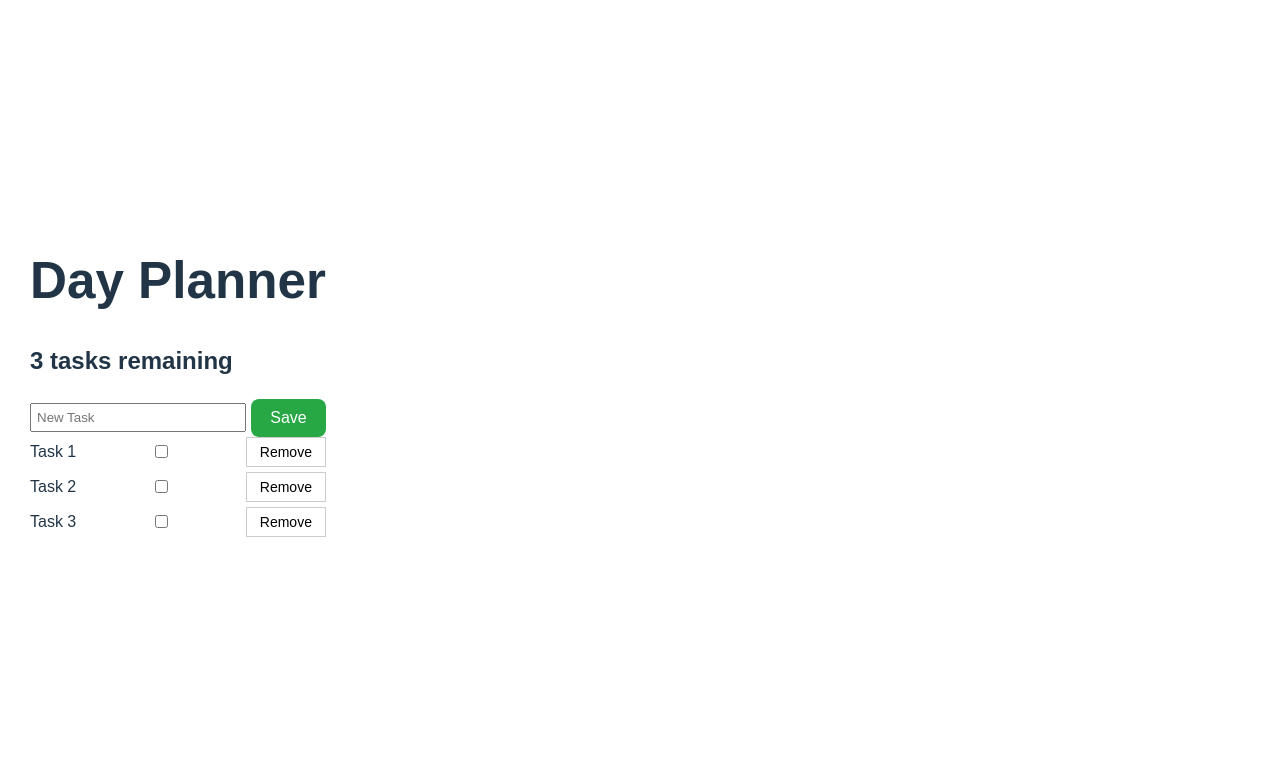
Repository: GavinPahal/lab5
Page: /
An editor plug-in stored every save of this project. The page is shown before and after the next save, followed by the edit.
The browser window is 1280 px wide. The pictures show the whole page.
The project was rebuilt for these pictures with package versions that can differ from the ones it lists, and the page was loaded fresh each time. Also part of the build but not shown: vite.config.js.

Above is the page before, as saved 2024-10-11 17:52:56.

After the next save:
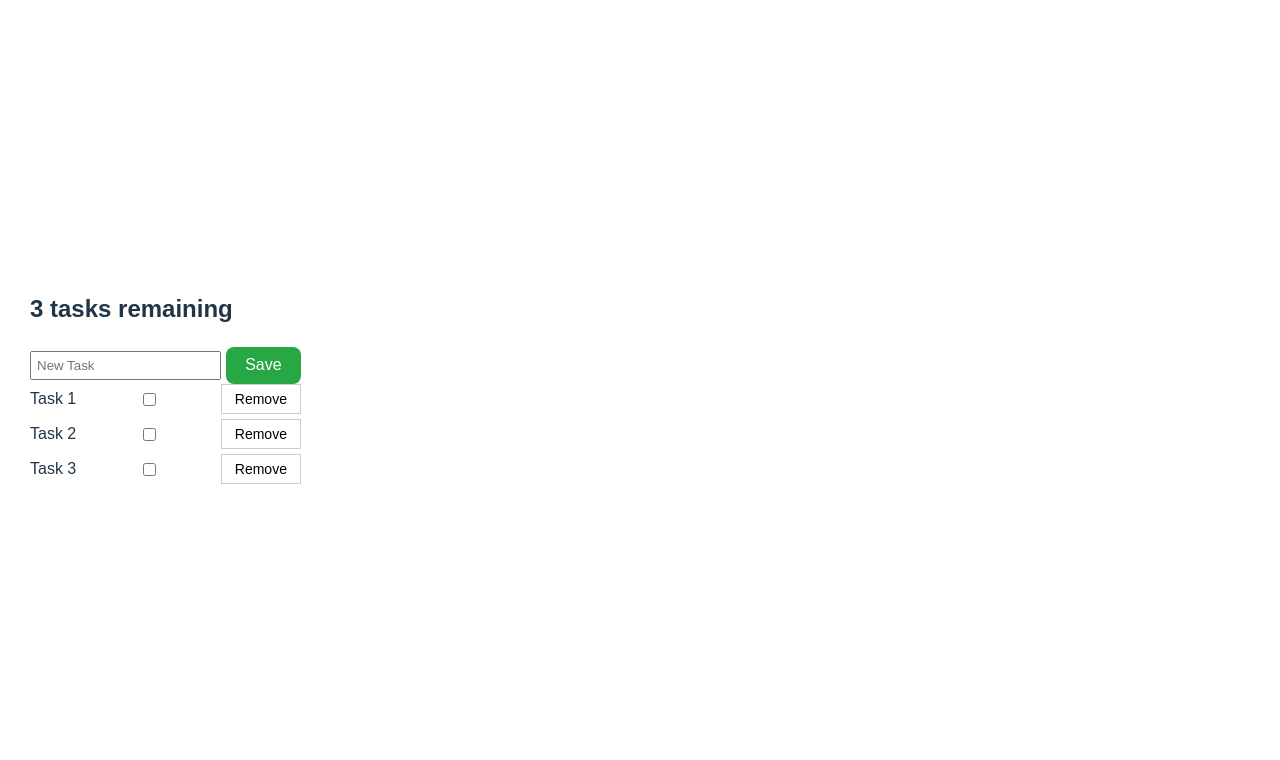
Saved 36 s later.
--- a/components/Header.jsx
+++ b/components/Header.jsx
@@ -3,10 +3,7 @@
 
 function Header({ pendingTasksCount }) {
   return (
-    <header>
-      <h1>Day Planner</h1>
-      <h2>{pendingTasksCount} tasks remaining</h2>
-    </header>
+    <h2>{pendingTasksCount} tasks remaining</h2>
   );
 }
 

After the save that followed:
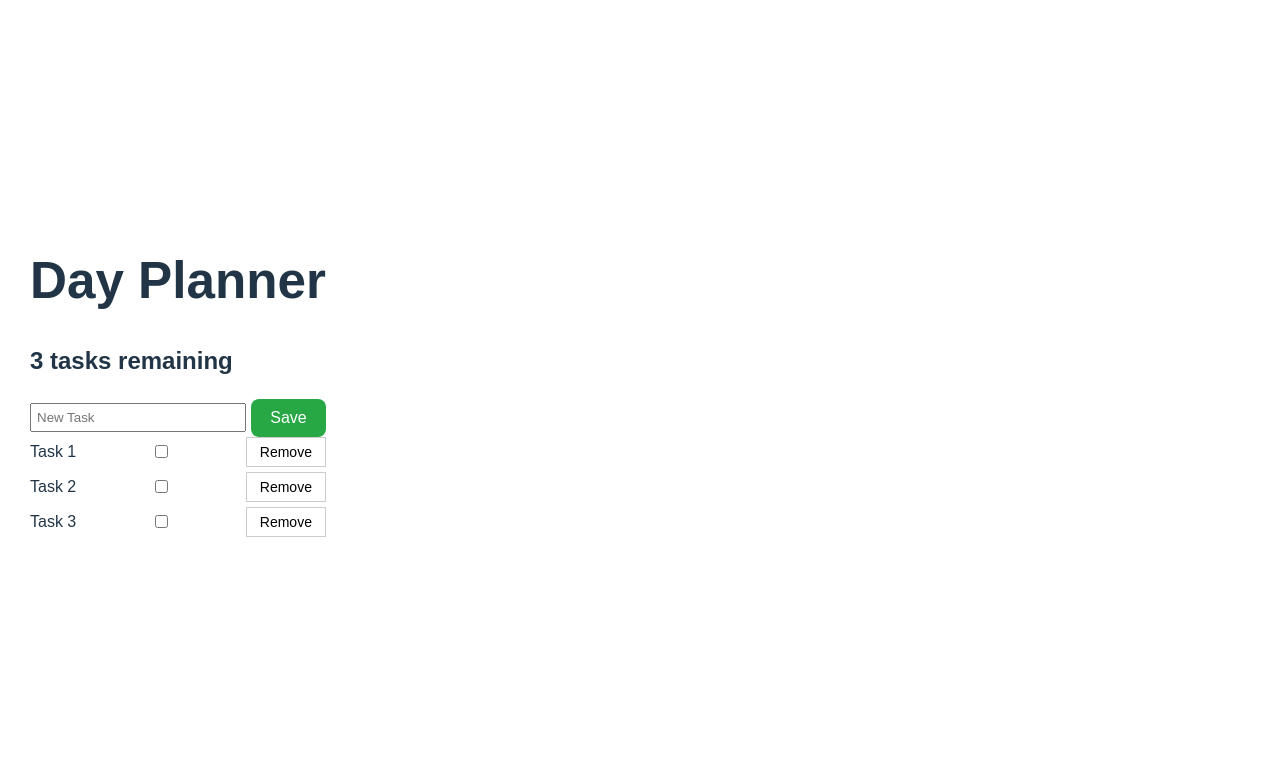
Saved 58 s later.
--- a/components/Header.jsx
+++ b/components/Header.jsx
@@ -3,7 +3,10 @@
 
 function Header({ pendingTasksCount }) {
   return (
-    <h2>{pendingTasksCount} tasks remaining</h2>
+    <header>
+      <h1>Day Planner</h1>
+      <h2>{pendingTasksCount} tasks remaining</h2>
+    </header>
   );
 }
 
